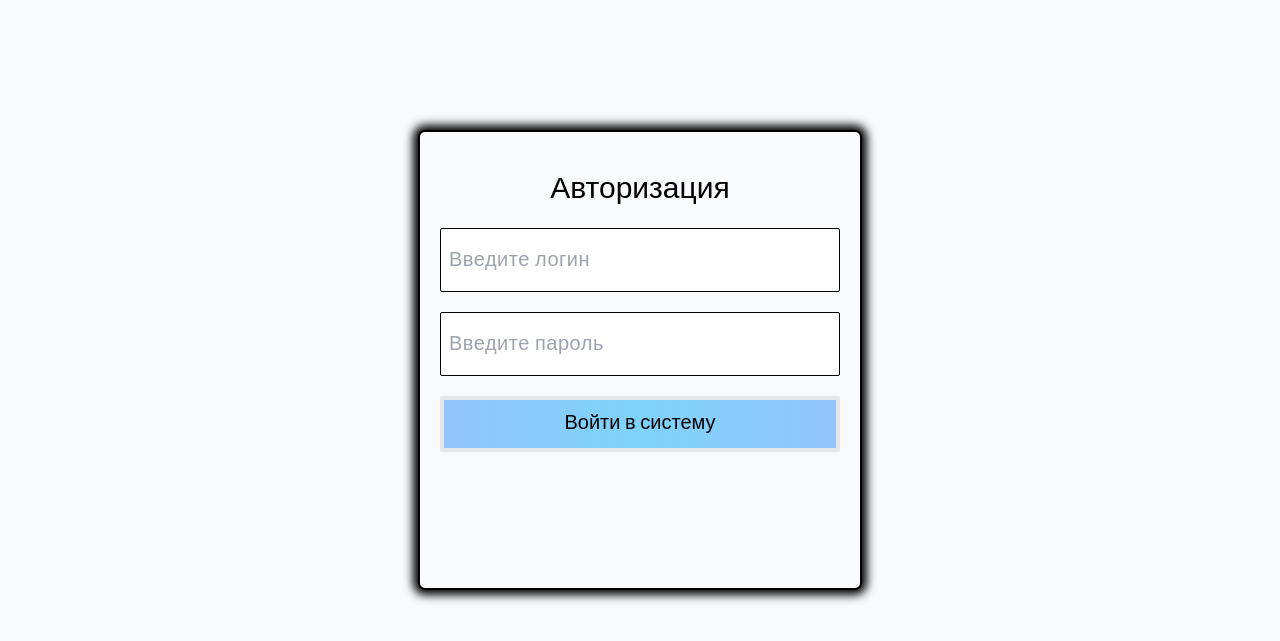
Repository: AlearvickOne/CartridgesApp
Page: /
The author's editor kept a copy of each file at every save. The page is drawn from the files as they stood at one save, then again after the next save.
The browser window is 1280 px wide. The pictures show the whole page.
The page's requests for data from a server got no answer. The project was rebuilt for these pictures with package versions that can differ from the ones it lists, and the page was loaded fresh each time. The framework's server and built-in components were replaced by stand-ins that run in the browser. No one was signed in, and anything a server would have sent is missing. Also part of the build but not shown: next.config.mjs.

Above is the page before, as saved 2024-04-19 16:41:34.

After the next save:
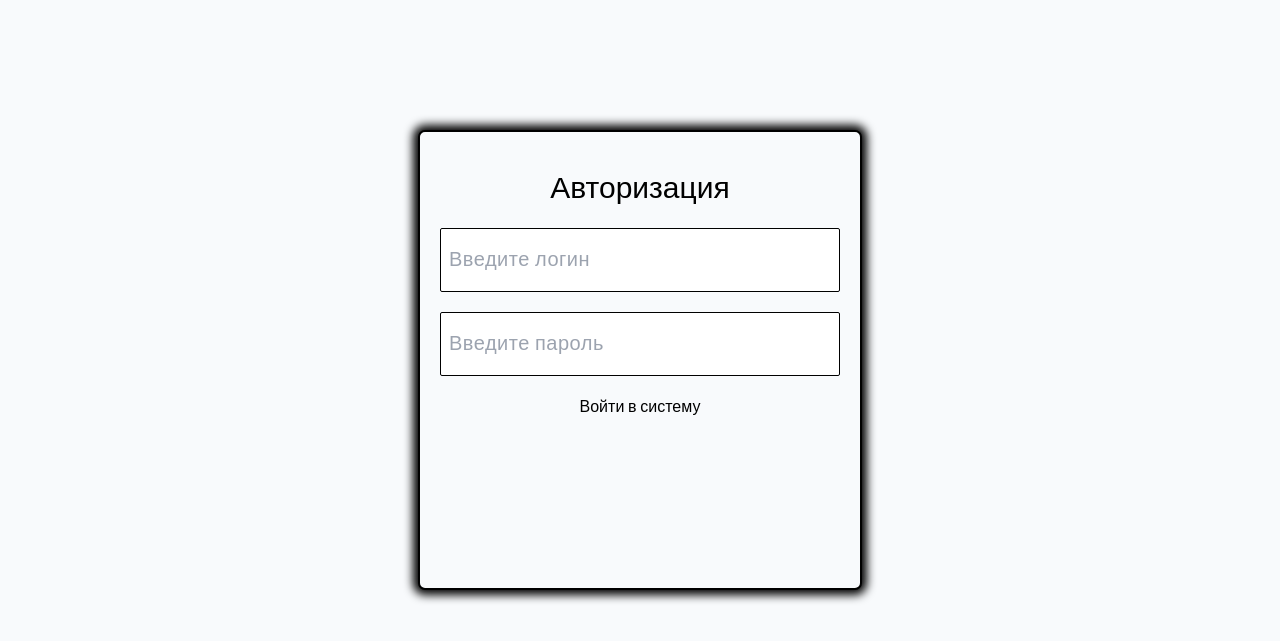
Saved 35 s later.
--- a/src/styles/home/Home.module.scss
+++ b/src/styles/home/Home.module.scss
@@ -15,7 +15,7 @@
         @apply mb-5 px-2 rounded-sm text-xl tracking-wide outline-gray-900 border-[1px] border-black bg-white text-black w-full h-16;
       }
 
-      > button {
+      .buttonAuth {
         @apply p-2 rounded-sm active:scale-[0.9] text-black h-14 bg-gradient-to-r from-blue-300 via-sky-300 to-blue-300 text-xl border-4 transition-all duration-200;
       }
     }

After the 3 saves that followed:
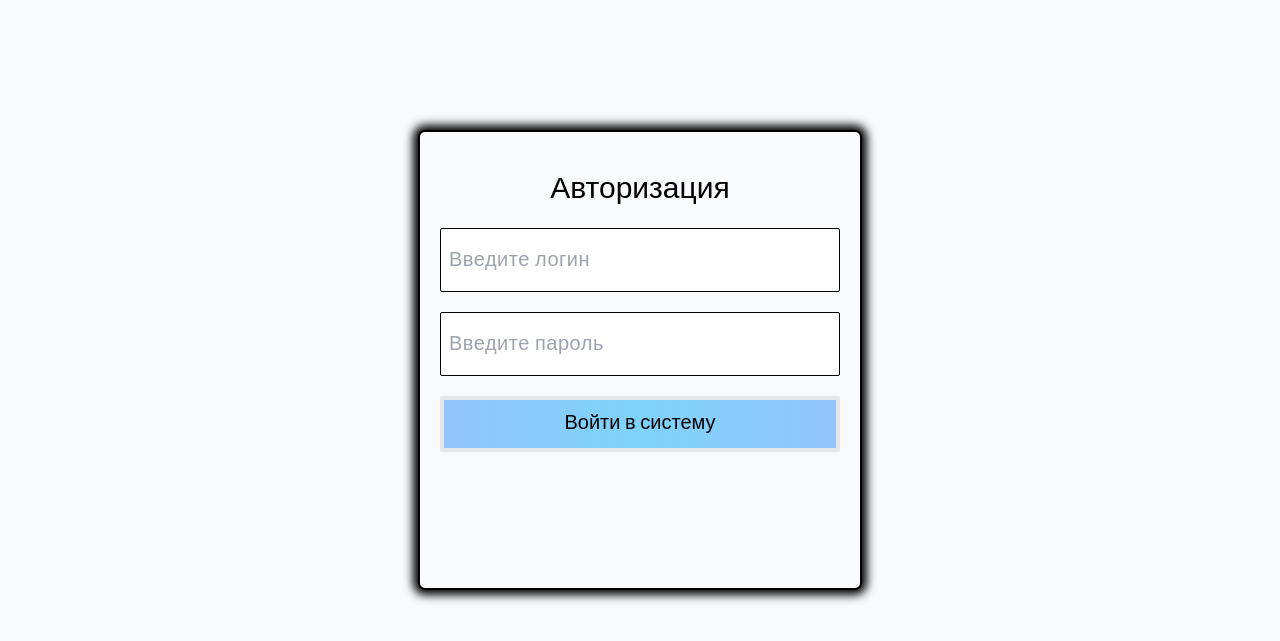
The 3 saves are shown as one change because 2 left the picture as it was.
The last was saved 39 s later.
--- a/src/components/AuthorizationPage.tsx
+++ b/src/components/AuthorizationPage.tsx
@@ -34,7 +34,7 @@ function AuthorizationPage({ handleSubmit }: ISession) {
           <button
             type="submit"
             onClick={() => setIsClick(true)}
-            className={isClick ? "disabled" : "disabled"}
+            className={isClick ? "disabled" : "buttonAuth"}
           >
             {isClick ? <SyncIcon className="animate-spin" /> : "Войти в систему"}
           </button>
--- a/src/styles/home/Home.module.scss
+++ b/src/styles/home/Home.module.scss
@@ -15,7 +15,7 @@
         @apply mb-5 px-2 rounded-sm text-xl tracking-wide outline-gray-900 border-[1px] border-black bg-white text-black w-full h-16;
       }
 
-      .buttonAuth {
+      > button {
         @apply p-2 rounded-sm active:scale-[0.9] text-black h-14 bg-gradient-to-r from-blue-300 via-sky-300 to-blue-300 text-xl border-4 transition-all duration-200;
       }
     }
